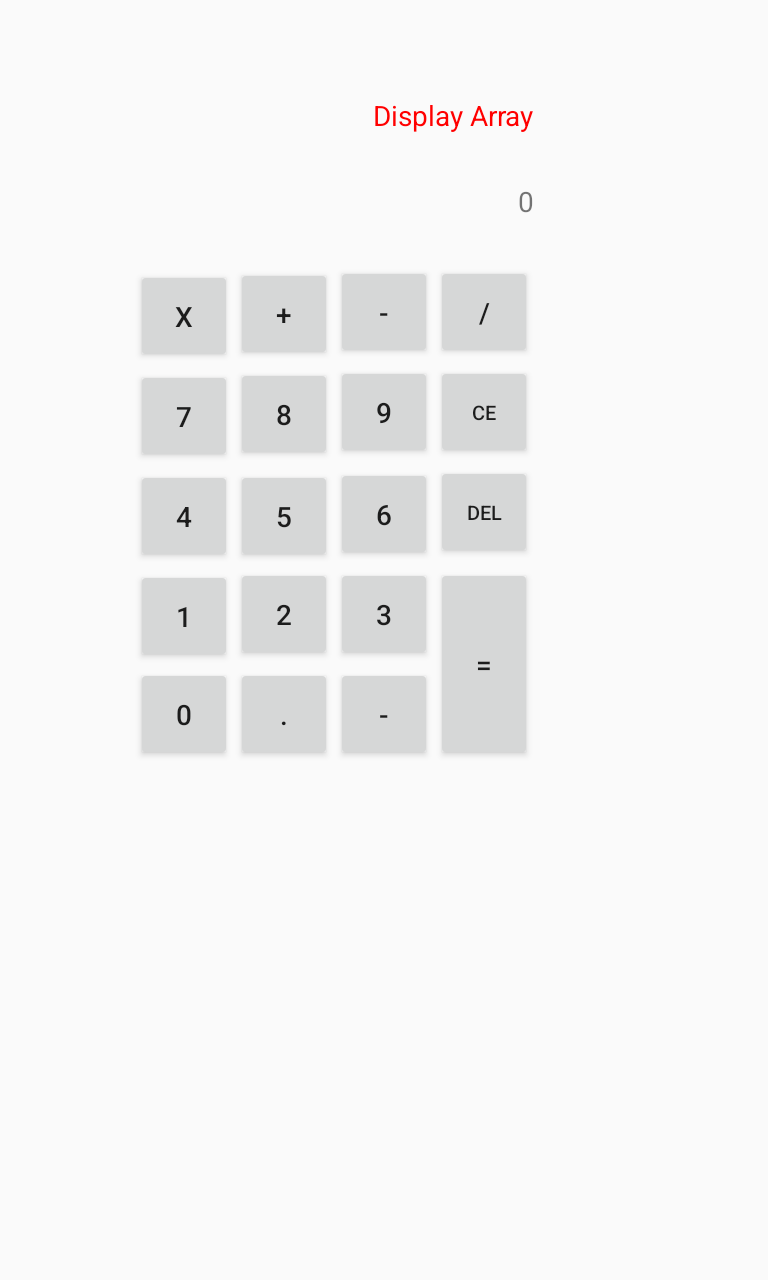
Repository: expensivecow/Calculator
Layout: Calculator_Implementation/res/layout/activity_main.xml
An editor plug-in stored every save of this project. The layout is shown before and after the next save, followed by the edit.
It is drawn on a 768 x 1280 px phone screen (xhdpi) without system bars, with theme AppTheme; the app's code is not run.

Above is the layout before, as saved 2014-10-08 19:03:11.

### Calculator_Implementation/res/layout/activity_main.xml
<RelativeLayout xmlns:android="http://schemas.android.com/apk/res/android"
    xmlns:tools="http://schemas.android.com/tools"
    android:layout_width="match_parent"
    android:layout_height="match_parent"
    android:paddingBottom="@dimen/activity_vertical_margin"
    android:paddingLeft="@dimen/activity_horizontal_margin"
    android:paddingRight="@dimen/activity_horizontal_margin"
    android:paddingTop="@dimen/activity_vertical_margin"
    tools:context="com.example.calculator_implementation.MainActivity" >

    <TextView
        android:id="@+id/DisplayResult"
        android:layout_alignParentTop="true"
        android:layout_alignRight="@+id/bDiv"
        android:layout_marginTop="75dp"
        android:layout_width="wrap_content"
        android:layout_height="wrap_content"
        android:text="@string/initialvalue" />

    <Button
        android:id="@+id/bDiv"
        android:layout_width="50dp"
        android:layout_height="50dp"
        android:layout_alignTop="@+id/bSub"
        android:layout_toRightOf="@+id/bSub"
        android:text="@string/divoperator"
        />

    <Button
        android:id="@+id/bAdd"
        android:layout_width="50dp"
        android:layout_height="50dp"
        android:layout_alignBaseline="@+id/bSub"
        android:layout_alignBottom="@+id/bSub"
        android:layout_toLeftOf="@+id/bSub"
        android:text="@string/addoperator"
        />

    <Button
        android:id="@+id/bSub"
        android:layout_width="50dp"
        android:layout_height="50dp"
        android:layout_below="@+id/DisplayResult"
        android:layout_centerHorizontal="true"
        android:layout_marginTop="21dp"
        android:text="@string/suboperator"
        />

    <Button
        android:id="@+id/bMul"
        android:layout_width="50dp"
        android:layout_height="50dp"
        android:layout_alignBaseline="@+id/bAdd"
        android:layout_alignBottom="@+id/bAdd"
        android:layout_toLeftOf="@+id/bAdd"
        android:text="@string/muloperator" />

    <Button
        android:id="@+id/bEight"
        android:layout_width="50dp"
        android:layout_height="50dp"
        android:layout_below="@+id/bAdd"
        android:layout_toLeftOf="@+id/bSub"
        android:text="@string/eight" />

    <Button
        android:id="@+id/bNine"
        android:layout_width="50dp"
        android:layout_height="50dp"
        android:layout_below="@+id/bDiv"
        android:layout_toLeftOf="@+id/bDiv"
        android:text="@string/nine" />

    <Button
        android:id="@+id/bSeven"
        android:layout_width="50dp"
        android:layout_height="50dp"
        android:layout_alignLeft="@+id/bMul"
        android:layout_below="@+id/bMul"
        android:text="@string/seven" />

    <Button
        android:id="@+id/bSix"
        android:layout_width="50dp"
        android:layout_height="50dp"
        android:layout_below="@+id/bEight"
        android:layout_toRightOf="@+id/bEight"
        android:text="@string/six" />

    <Button
        android:id="@+id/bFive"
        android:layout_width="50dp"
        android:layout_height="50dp"
        android:layout_alignBaseline="@+id/bSix"
        android:layout_alignBottom="@+id/bSix"
        android:layout_toRightOf="@+id/bSeven"
        android:text="@string/five" />

    <Button
        android:id="@+id/bFour"
        android:layout_width="50dp"
        android:layout_height="50dp"
        android:layout_alignLeft="@+id/bSeven"
        android:layout_below="@+id/bSeven"
        android:text="@string/four" />

    <Button
        android:id="@+id/bTwo"
        android:layout_width="50dp"
        android:layout_height="50dp"
        android:layout_below="@+id/bSix"
        android:layout_toLeftOf="@+id/bSix"
        android:text="@string/two" />

    <Button
        android:id="@+id/bZero"
        android:layout_width="50dp"
        android:layout_height="50dp"
        android:layout_alignLeft="@+id/bFour"
        android:layout_below="@+id/bTwo"
        android:layout_toLeftOf="@+id/bTwo"
        android:text="@string/zero" />

    <Button
        android:id="@+id/bThree"
        android:layout_width="50dp"
        android:layout_height="50dp"
        android:layout_above="@+id/bZero"
        android:layout_toLeftOf="@+id/bDiv"
        android:text="@string/three" />

    <Button
        android:id="@+id/bOne"
        android:layout_width="50dp"
        android:layout_height="50dp"
        android:layout_below="@+id/bFive"
        android:layout_toLeftOf="@+id/bFive"
        android:text="@string/one" />

    <Button
        android:id="@+id/bEqual"
        android:layout_width="50dp"
        android:layout_height="50dp"
        android:layout_alignBottom="@+id/bDecimal"
        android:layout_alignLeft="@+id/bDiv"
        android:layout_below="@+id/bSix"
        android:text="@string/equaloperator" />

    <TextView
        android:id="@+id/DisplayArray"
        android:layout_width="wrap_content"
        android:layout_height="wrap_content"
        android:layout_alignParentTop="true"
        android:layout_alignRight="@+id/DisplayResult"
        android:layout_marginTop="32dp"
        android:text="@string/DisplayArray"
        android:textColor="#FF0000" />

    <Button
        android:id="@+id/bDecimal"
        android:layout_width="50dp"
        android:layout_height="50dp"
        android:layout_below="@+id/bTwo"
        android:layout_toLeftOf="@+id/bThree"
        android:text="@string/decimal" />

    <Button
        android:id="@+id/bNegative"
        android:layout_width="50dp"
        android:layout_height="50dp"
        android:layout_below="@+id/bThree"
        android:layout_toLeftOf="@+id/bEqual"
        android:text="@string/negative" />

    <Button
        android:id="@+id/bClear"
        android:textSize="10dp"
        android:layout_width="50dp"
        android:layout_height="50dp"
        android:layout_alignLeft="@+id/bDiv"
        android:layout_below="@+id/bDiv"
        android:text="@string/clearoperator" />

    <Button
        android:id="@+id/bDel"
        android:textSize="10dp"
        android:layout_width="50dp"
        android:layout_height="50dp"
        android:layout_alignLeft="@+id/bClear"
        android:layout_below="@+id/bClear"
        android:text="@string/deleteoperator" />

    <TextView
        android:id="@+id/DisplayOperators"
        android:layout_width="wrap_content"
        android:layout_height="wrap_content"
        android:layout_alignRight="@+id/DisplayResult"
        android:layout_below="@+id/DisplayArray"
        android:textColor="#FFFF00" />
        android:text="@string/Operators" />

</RelativeLayout>

### Calculator_Implementation/res/values/strings.xml
<?xml version="1.0" encoding="utf-8"?>
<resources>

    <string name="app_name">Calculator_Implementation</string>
    <string name="hello_world">Hello world!</string>
    <string name="action_settings">Settings</string>
    <string name="addoperator">+</string>
    <string name="suboperator">-</string>
    <string name="muloperator">x</string>
    <string name="divoperator">/</string>
    <string name="initialvalue">0</string>
    <string name="one">1</string>
    <string name="two">2</string>
    <string name="three">3</string>
    <string name="four">4</string>
    <string name="five">5</string>
    <string name="six">6</string>
    <string name="seven">7</string>
    <string name="eight">8</string>
    <string name="nine">9</string>
    <string name="Operators">Operator Queue</string>
    <string name="decimal">.</string><string name="zero">0</string>

    <string name="negative">-</string>
    <string name="equaloperator">=</string>
    <string name="deleteoperator">DEL</string>
    <string name="clearoperator">CE</string>
    <string name="DisplayArray">Display Array</string>

</resources>

Loaded but not shown: Calculator_Implementation/res/values/styles.xml (common file); Calculator_Implementation/res/values-v11/styles.xml (common file); Calculator_Implementation/res/values-v14/styles.xml (common file); Calculator_Implementation/res/values/dimens.xml (common file); Calculator_Implementation/res/values-w820dp/dimens.xml (common file)

After the next save:
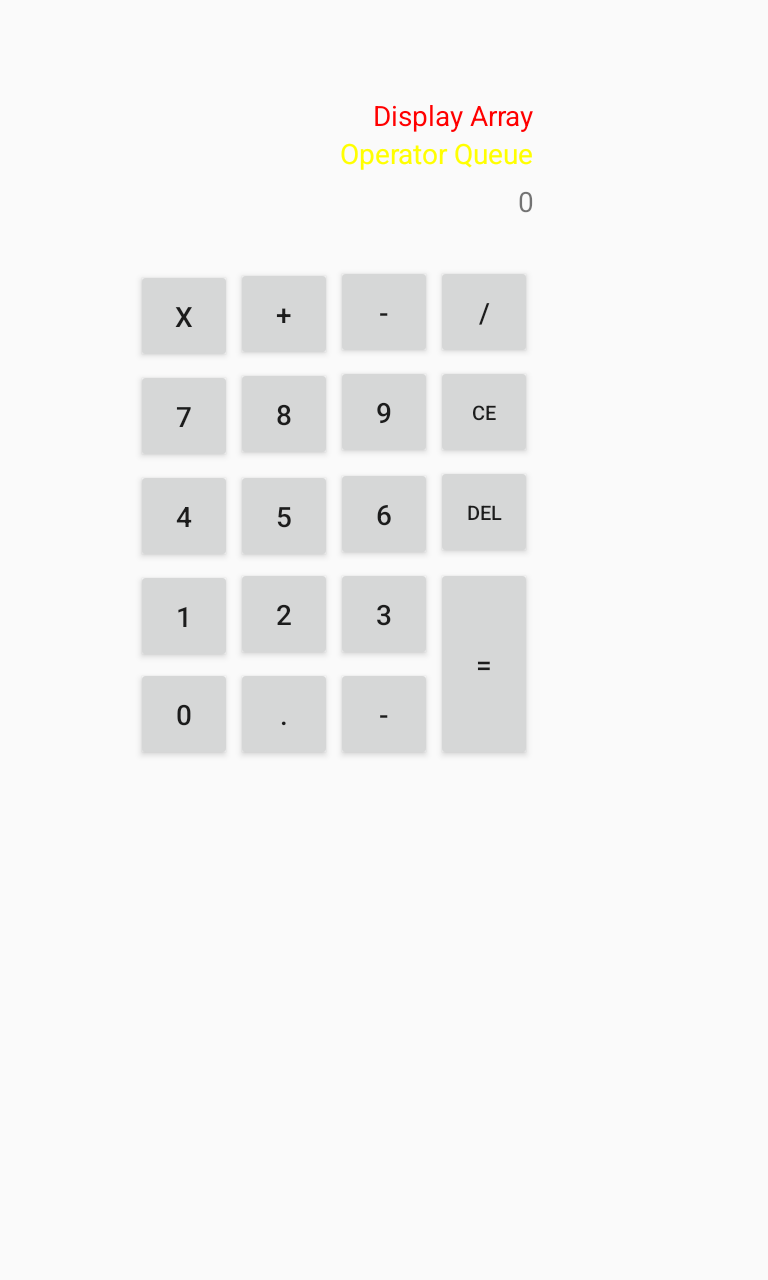
Saved 22 s later.
--- a/Calculator_Implementation/res/layout/activity_main.xml
+++ b/Calculator_Implementation/res/layout/activity_main.xml
@@ -196,7 +196,7 @@
         android:layout_height="wrap_content"
         android:layout_alignRight="@+id/DisplayResult"
         android:layout_below="@+id/DisplayArray"
-        android:textColor="#FFFF00" />
+        android:textColor="#FFFF00"
         android:text="@string/Operators" />
 
 </RelativeLayout>
